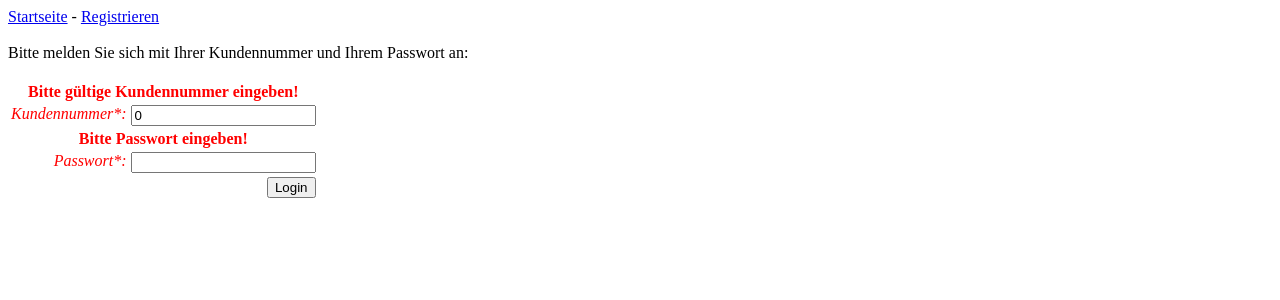
Repository: exic/VIS-Labor
Page: http://localhost/vislabor/user_login.action
The author's editor kept a copy of each file at every save. The page is drawn from the files as they stood at one save, then again after the next save.
The browser window is 1280 px wide. The pictures show the whole page.
The page is served by Tomcat 9. Other server files are loaded and not shown.

Above is the page before, as saved 2011-05-14 16:23:25.

### workspace/vislabor/WebContent/pages/LoginUser.jsp
<%@ page contentType="text/html; charset=UTF-8"%>
<!DOCTYPE html PUBLIC "-//W3C//DTD HTML 4.01 Transitional//EN" "http://www.w3.org/TR/html4/loose.dtd">
<%@ taglib prefix="s" uri="/struts-tags"  %>

<html>
<head>
<meta http-equiv="Content-Type" content="text/html; charset=ISO-8859-1">
<title>Login</title>
	<s:head/>
</head>
<body>
	<a href="<s:url action="forward_to_home"/>">Startseite</a> -
	<a href="<s:url action="forward_to_register"/>">Registrieren</a>
	<br /><br />

	<s:text name="Bitte melden Sie sich mit Ihrer Kundennummer und Ihrem Passwort an:" />

	<s:form action="user_login">
		<s:textfield name="id" label="Kundennummer" size="20" required="true"/>
		<s:password name="password" label="Passwort" size="20" required="true"/><br>

		<s:submit value="Login"/>
	</s:form>

	 <font color="red">
	 	<s:actionerror label="label" />
	 </font>

 </body>
</html>

After the next save:
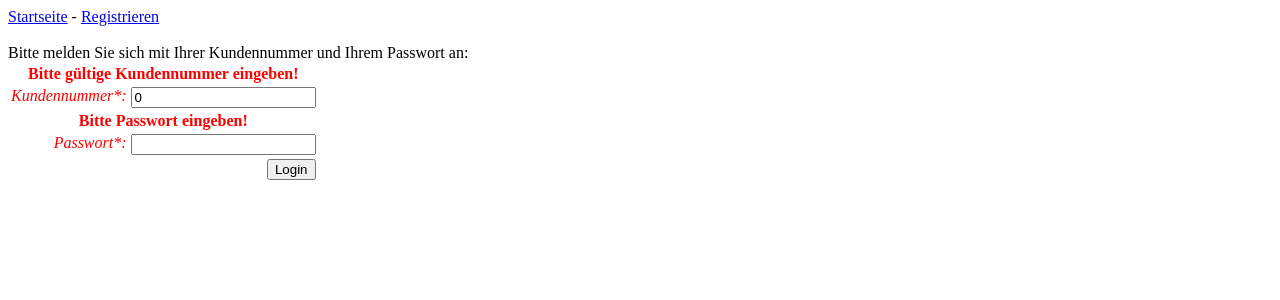
Saved 19 s later.
--- a/workspace/vislabor/WebContent/pages/LoginUser.jsp
+++ b/workspace/vislabor/WebContent/pages/LoginUser.jsp
@@ -17,7 +17,7 @@
 
 	<s:form action="user_login">
 		<s:textfield name="id" label="Kundennummer" size="20" required="true"/>
-		<s:password name="password" label="Passwort" size="20" required="true"/><br>
+		<s:password name="password" label="Passwort" size="20" required="true"/>
 
 		<s:submit value="Login"/>
 	</s:form>
